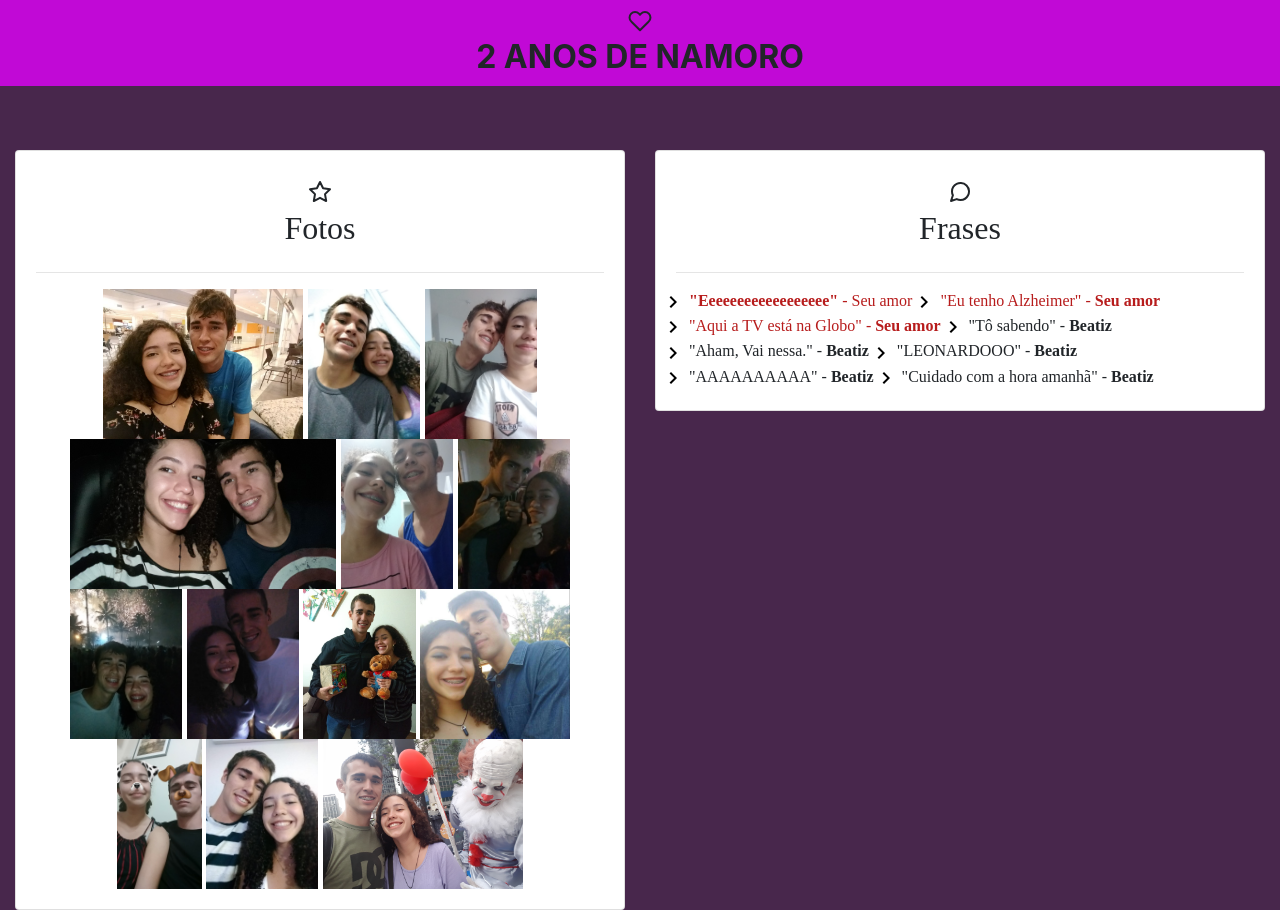
Repository: MeuAmor/meuamor.github.io
Page: index.html
The author's editor kept a copy of each file at every save. The page is drawn from the files as they stood at one save, then again after the next save.
The browser window is 1280 px wide. The pictures show the whole page.

Above is the page before, as saved 2019-08-20 23:36:45.

### index.html
<!DOCTYPE html>
<html lang="pt">
<head>
  <title>2 ANOS</title>
  <meta charset="utf-8">
  <meta name="viewport" content="width=device-width, initial-scale=1">
  <link rel="stylesheet" href="assets/css/bootstrap4.1/bootstrap.min.css">
  <script src="assets/js/jquery.3.3.1.min.js"></script>
  <script src="assets/js/bootstrap4.1/popper.min.js"></script>
	<script src="assets/js/bootstrap4.1/bootstrap.min.js"></script>
	<!-- <style>
			hr {
				margin-top: 1rem;
				margin-bottom: 1rem;
				border: 5;
				border-top: 1px solid rgba(0, 0, 0, 0.1);
			}
		</style> -->
</head>
<body class="container-fluid">


	<div class="row" style="background:#c109d6">
		<div class="col-md-12 text-left">
			<h2>
                <!-- <svg xmlns="http://www.w3.org/2000/svg" width="24" height="24" viewBox="0 0 24 24" fill="none" stroke="currentColor"
                        stroke-width="2" stroke-linecap="round" stroke-linejoin="round" class="feather feather-heart">
                    <path d="M20.84 4.61a5.5 5.5 0 0 0-7.78 0L12 5.67l-1.06-1.06a5.5 5.5 0 0 0-7.78 7.78l1.06 1.06L12 21.23l7.78-7.78 1.06-1.06a5.5 5.5 0 0 0 0-7.78z"/>
                </svg> -->
                <div class="text-center">

                    <svg xmlns="http://www.w3.org/2000/svg" width="24" height="24" viewBox="0 0 24 24" fill="none" stroke="currentColor"
                            stroke-width="2" stroke-linecap="round" stroke-linejoin="round" class="feather feather-heart">
                        <path d="M20.84 4.61a5.5 5.5 0 0 0-7.78 0L12 5.67l-1.06-1.06a5.5 5.5 0 0 0-7.78 7.78l1.06 1.06L12 21.23l7.78-7.78 1.06-1.06a5.5 5.5 0 0 0 0-7.78z"/>
                    </svg>
                </div>
                <div class="text-center" >

                    <b>2 ANOS DE NAMORO </b>
                </div>
            </h2>
		</div>
		<div class="col-md-6 " id="redes_sociais">
			<!-- <a style="margin:10px;" class="btn btn-info btn-xs float-right" href="http://www.linkedin.com/in/leonardo-bernardes-da-silva-a8869b132">
				<svg xmlns="http://www.w3.org/2000/svg" width="24" height="24" viewBox="0 0 24 24" fill="none" stroke="currentColor" stroke-width="2" stroke-linecap="round" stroke-linejoin="round" class="feather feather-linkedin">
					<path d="M16 8a6 6 0 0 1 6 6v7h-4v-7a2 2 0 0 0-2-2 2 2 0 0 0-2 2v7h-4v-7a6 6 0 0 1 6-6z"></path><rect x="2" y="9" width="4" height="12"></rect>
					<circle cx="4" cy="4" r="2"></circle></svg>	LinkedIn</a>
				<a style="margin:10px;" class="btn btn-primary btn-xs float-right" href="http://www.facebook.com/lezinho.bernardes">
					<svg xmlns="http://www.w3.org/2000/svg" width="24" height="24" viewBox="0 0 24 24" fill="none" stroke="currentColor" stroke-width="2" stroke-linecap="round" stroke-linejoin="round" class="feather feather-facebook">
						<path d="M18 2h-3a5 5 0 0 0-5 5v3H7v4h3v8h4v-8h3l1-4h-4V7a1 1 0 0 1 1-1h3z"></path>
					</svg>
					LinkedIn
				</a>  -->
		</div>


</div>
<div class="row" style="background:#48274c;min-height: 500px;">

	<!-- <hr> -->
	<!-- <p style="margin: 10px;">
		<a class="btn btn-dark" data-toggle="collapse" href="#multiCollapseExample1" role="button" aria-expanded="false" aria-controls="multiCollapseExample1">Toggle first element</a>
		<button class="btn btn-dark" type="button" data-toggle="collapse" data-target="#multiCollapseExample2" aria-expanded="false" aria-controls="multiCollapseExample2">Toggle second element</button>
		<button class="btn btn-dark" type="button" data-toggle="collapse" data-target=".multi-collapse" aria-expanded="false" aria-controls="multiCollapseExample1 multiCollapseExample2">Toggle both elements</button> -->
	<!-- </p> -->


	<div class="col-md-6" style="margin-top: 5%;">
		<div class="card card-body">
            <h2>
                <div class="text-center">

                    <svg xmlns="http://www.w3.org/2000/svg" width="24" height="24" viewBox="0 0 24 24"
                        fill="none" stroke="currentColor" stroke-width="2" stroke-linecap="round" stroke-linejoin="round"
                        class="feather feather-star">
                        <polygon points="12 2 15.09 8.26 22 9.27 17 14.14 18.18 21.02 12 17.77 5.82 21.02 7 14.14 2 9.27 8.91 8.26 12 2"/>
                    </svg>
                </div>
                <div class="text-center" style="font-family: 'Times New Roman', Times, serif">

                    Fotos
                </div>
            </h2>
            <hr>
            <div>

                <!-- <svg xmlns="http://www.w3.org/2000/svg" width="24" height="24" viewBox="0 0 24 24">
                    <path d="M8.59 16.59L13.17 12 8.59 7.41 10 6l6 6-6 6-1.41-1.41z"/>
                    <path fill="none" d="M0 0h24v24H0V0z"/>
                </svg>
                Primeira foto juntos<br> -->
                <div class="text-center">
                    <img src="imagens/primeira_foto.jpg" alt="Primeira Foto" height="150px;">
                    <img src="imagens/terceira_foto.jpg" alt="Terceira Foto" height="150px;">
                    <img src="imagens/quarta_foto.jpg" alt="Quarta Foto" height="150px;">
                    <img src="imagens/2.jpg" alt="" height="150px;">
                    <img src="imagens/3.jpg" alt="" height="150px;">
                    <img src="imagens/4.jpg" alt="" height="150px;">
                    <img src="imagens/segunda_foto.jpg" alt="Segunda Foto" height="150px;">
                    <img src="imagens/5.jpg" alt="" height="150px;">
                    <img src="imagens/6.jpg" alt="" height="150px;">
                    <img src="imagens/7.jpg" alt="" height="150px;">
                    <img src="imagens/8.jpg" alt="" height="150px;">
                    <img src="imagens/10.jpg" alt="" height="150px;">
                    <img src="imagens/9.jpg" alt="" height="150px;">
                </div>
            </div>
		</div>
	</div>
	<div class="col-md-6" style="margin-top: 5%;margin-bottom: 5%;">
		<div class="card card-body">
            <h2 style="text-align:center;">
                <div class="text-center">

                    <svg xmlns="http://www.w3.org/2000/svg" width="24" height="24" viewBox="0 0 24 24" fill="none" stroke="currentColor" stroke-width="2" stroke-linecap="round" stroke-linejoin="round" class="feather feather-message-circle">
                    <path d="M21 11.5a8.38 8.38 0 0 1-.9 3.8 8.5 8.5 0 0 1-7.6 4.7 8.38 8.38 0 0 1-3.8-.9L3 21l1.9-5.7a8.38 8.38 0 0 1-.9-3.8 8.5 8.5 0 0 1 4.7-7.6 8.38 8.38 0 0 1 3.8-.9h.5a8.48 8.48 0 0 1 8 8v.5z"/></svg>
                </div>
                <div class="text-center" style="font-family: 'Times New Roman', Times, serif">
                    Frases
                </div>
            </h2>
			<hr>
            <div class="row" style="font-family: 'Times New Roman', Times, serif">
                    <div style="color: #b71c1c;">
                        <svg xmlns="http://www.w3.org/2000/svg" width="24" height="24" viewBox="0 0 24 24">
                            <path d="M8.59 16.59L13.17 12 8.59 7.41 10 6l6 6-6 6-1.41-1.41z"/>
                            <path fill="none" d="M0 0h24v24H0V0z"/>
                        </svg>
                        <b>"Eeeeeeeeeeeeeeeeee" </b>-  Seu amor
                    </div>
                    <div style="color: #b71c1c;">
                        <svg xmlns="http://www.w3.org/2000/svg" width="24" height="24" viewBox="0 0 24 24">
                            <path d="M8.59 16.59L13.17 12 8.59 7.41 10 6l6 6-6 6-1.41-1.41z"/>
                            <path fill="none" d="M0 0h24v24H0V0z"/>
                        </svg>
                        "Eu tenho Alzheimer" - <b> Seu amor</b>
                    </div>
                    <div style="color: #b71c1c;">
                        <svg xmlns="http://www.w3.org/2000/svg" width="24" height="24" viewBox="0 0 24 24">
                            <path d="M8.59 16.59L13.17 12 8.59 7.41 10 6l6 6-6 6-1.41-1.41z"/>
                            <path fill="none" d="M0 0h24v24H0V0z"/>
                        </svg>
                        "Aqui a TV está na Globo" - <b> Seu amor</b>
                    </div>
                    <div>
                        <svg xmlns="http://www.w3.org/2000/svg" width="24" height="24" viewBox="0 0 24 24">
                            <path d="M8.59 16.59L13.17 12 8.59 7.41 10 6l6 6-6 6-1.41-1.41z"/>
                            <path fill="none" d="M0 0h24v24H0V0z"/>
                        </svg>
                        "Tô sabendo" - <b>Beatiz </b><br>

                    </div>
                    <div>
                        <svg xmlns="http://www.w3.org/2000/svg" width="24" height="24" viewBox="0 0 24 24">
                            <path d="M8.59 16.59L13.17 12 8.59 7.41 10 6l6 6-6 6-1.41-1.41z"/>
                            <path fill="none" d="M0 0h24v24H0V0z"/>
                        </svg>
                        "Aham, Vai nessa." - <b>Beatiz </b><br>

                    </div>
                    <div>
                        <svg xmlns="http://www.w3.org/2000/svg" width="24" height="24" viewBox="0 0 24 24">
                            <path d="M8.59 16.59L13.17 12 8.59 7.41 10 6l6 6-6 6-1.41-1.41z"/>
                            <path fill="none" d="M0 0h24v24H0V0z"/>
                        </svg>
                        "LEONARDOOO" - <b>Beatiz </b><br>
                    </div>
                    <div>
                        <svg xmlns="http://www.w3.org/2000/svg" width="24" height="24" viewBox="0 0 24 24">
                            <path d="M8.59 16.59L13.17 12 8.59 7.41 10 6l6 6-6 6-1.41-1.41z"/>
                            <path fill="none" d="M0 0h24v24H0V0z"/>
                        </svg>
                        "AAAAAAAAAA" - <b>Beatiz </b><br>
                    </div>
                    <div>
                        <svg xmlns="http://www.w3.org/2000/svg" width="24" height="24" viewBox="0 0 24 24">
                            <path d="M8.59 16.59L13.17 12 8.59 7.41 10 6l6 6-6 6-1.41-1.41z"/>
                            <path fill="none" d="M0 0h24v24H0V0z"/>
                        </svg>
                        "Cuidado com a hora amanhã" - <b>Beatiz </b><br>
                    </div>
            </div>
        </div>

	</div>

</div>
</body>
</html>

Loaded but not shown: assets/css/bootstrap4.1/bootstrap.min.css (library); assets/js/jquery.3.3.1.min.js (library); assets/js/bootstrap4.1/popper.min.js (library); assets/js/bootstrap4.1/bootstrap.min.js (library)

After the next save:
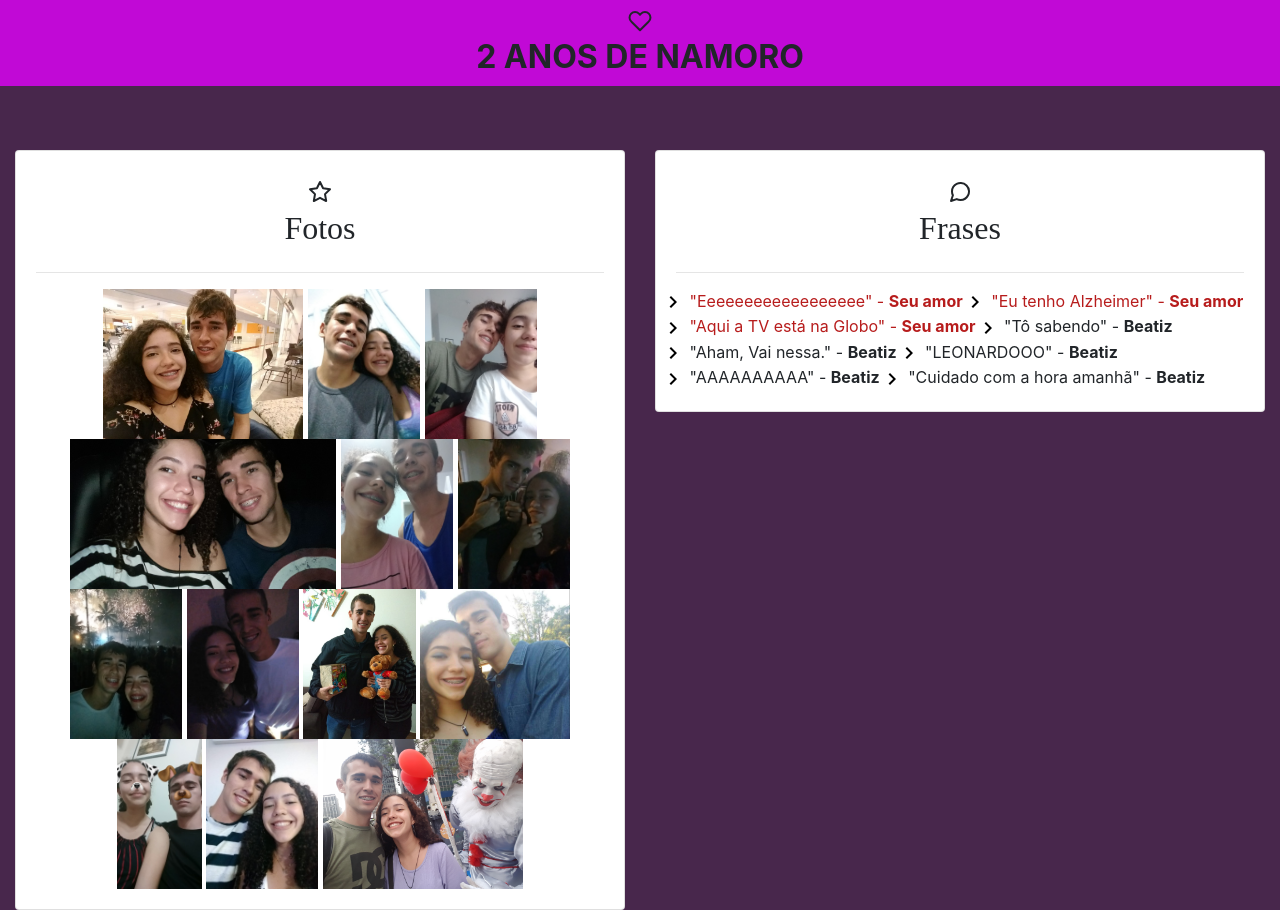
Saved 23 s later.
--- a/index.html
+++ b/index.html
@@ -120,13 +120,13 @@
                 </div>
             </h2>
 			<hr>
-            <div class="row" style="font-family: 'Times New Roman', Times, serif">
+            <div class="row" >
                     <div style="color: #b71c1c;">
                         <svg xmlns="http://www.w3.org/2000/svg" width="24" height="24" viewBox="0 0 24 24">
                             <path d="M8.59 16.59L13.17 12 8.59 7.41 10 6l6 6-6 6-1.41-1.41z"/>
                             <path fill="none" d="M0 0h24v24H0V0z"/>
                         </svg>
-                        <b>"Eeeeeeeeeeeeeeeeee" </b>-  Seu amor
+                        "Eeeeeeeeeeeeeeeeee" - <b> Seu amor</b>
                     </div>
                     <div style="color: #b71c1c;">
                         <svg xmlns="http://www.w3.org/2000/svg" width="24" height="24" viewBox="0 0 24 24">
